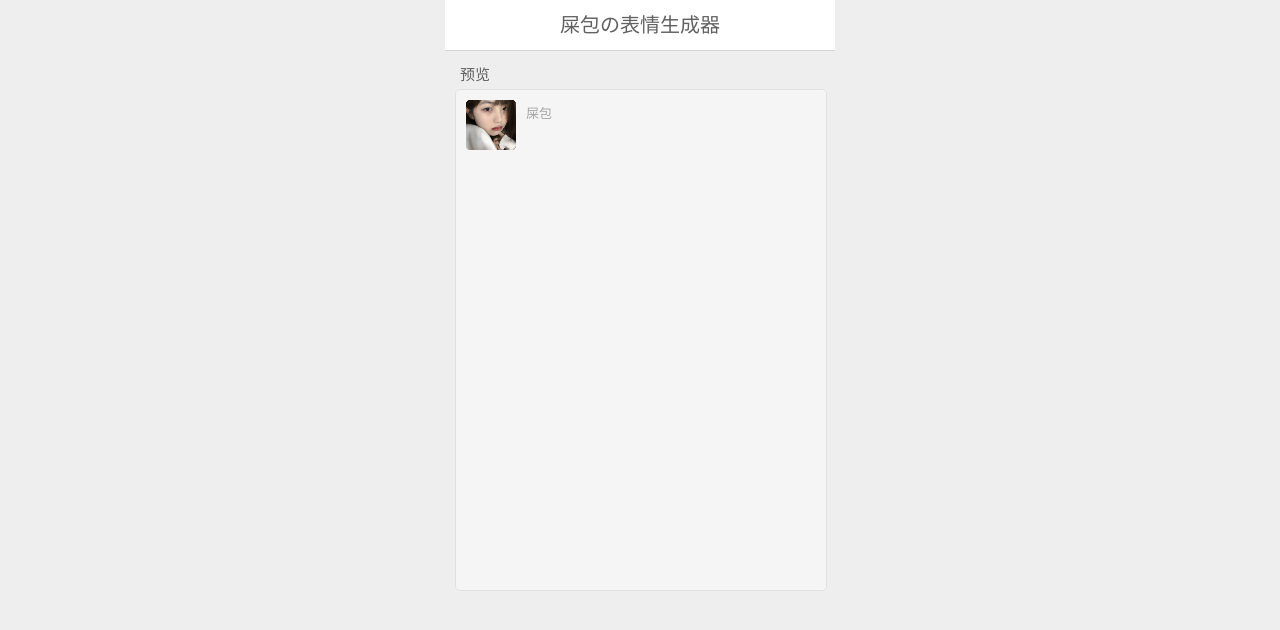
Repository: long-zuyang/shibao
Page: /
These files come from the project's save history. The page is drawn as it stood at one moment and after a run of saves; the edit follows.
The browser window is 1280 px wide. The pictures show the whole page.
The project was rebuilt for these pictures with package versions that can differ from the ones it lists, and the page was loaded fresh each time. Also part of the build but not shown: vite.config.ts.

Above is the page before, as saved 2023-06-30 04:50:48.

### src/main.tsx
import React from 'react';
import ReactDOM from 'react-dom/client';
import 'normalize.css';
import App from './App.tsx';

ReactDOM.createRoot(document.getElementById('root') as HTMLElement).render(
  <React.StrictMode>
    <App />
  </React.StrictMode>
);

### src/App.tsx
// import { useState } from 'react';
import { Flex, Image } from 'react-vant';
import React from 'react';
import './App.less';

import CanvasDrow from './components/CanvasDraw';

// function App() {
//   // const [count, setCount] = useState(0);
//   // console.log(document.getElementById('cvs'));

// }

class App extends React.Component {
  state = {};

  componentDidMount() {
    // console.log(document.getElementById('cvs'));
  }

  render() {
    console.log('渲染');

    return (
      <div className="main">
        <div className="top">
          <div className="name">屎包の表情生成器</div>
        </div>
        <div className="container">
          <span className="tips">预览</span>
          <CanvasDrow />
        </div>
      </div>
    );
  }
}

export default App;

### src/App.less
html,
body {
  background-color: #eee;
  .main {
    width: 390px;
    margin: 0 auto;
    .top {
      height: 50px;
      position: relative;
      border-bottom: 1px solid rgb(219, 214, 214);
      background-color: #fff;
      .name {
        color: #616161;
        font-size: 20px;
        text-align: center;
        position: absolute;
        top: calc(50% - 11px);

        width: 100%;
        font-family: 微软雅黑;
      }
    }
    .container {
      margin-top: 15px;
      padding: 0 10px;
      .tips {
        font-size: 15px;
        margin: 0px 5px;
        color: #616161;
        font-family: 微软雅黑;
      }
      canvas {
        margin-top: 5px;
        height: 500px;
        width: 370px;
        border: 1px solid rgba(223, 223, 223, 0.9);
        border-radius: 5px;
      }
    }
  }
}

### src/components/CanvasDraw.tsx
import { useRef, useEffect, useState, useCallback } from 'react';
import BaseImg from '../assets/base.jpg';
import JieGe from '../assets/jiege.png';

function CanvasDraw() {
  const canvasRef = useRef<HTMLCanvasElement>(null);
  const [nickNameWidth, setNickNameWidth] = useState(0);
  const [nickNameHeight, setNickNameHeight] = useState(0);

  /**
   * 初始化 Canvas
   * @param canvas Canvas DOM对象
   * @param context Canvas Context 上下文对象
   */
  function initCanvas(
    canvas: HTMLCanvasElement,
    context: CanvasRenderingContext2D | null
  ) {
    if (!context) {
      return;
    }

    // 获取Canvas的宽高
    const canvasWidth = canvas.clientWidth;
    const canvasHeight = canvas.clientHeight;

    // 缩放Canvas提升分辨率
    const dpr = window.devicePixelRatio || 1;
    canvas.width = canvasWidth * dpr;
    canvas.height = canvasHeight * dpr;
    context.scale(dpr, dpr);

    // 设置背景颜色为灰色
    context.fillStyle = '#f5f5f5';
    context.fillRect(0, 0, canvas.width, canvas.height);
    context.save();

    console.log('Cavas init.');
  }

  /**
   * 渲染圆角头像
   * @param context Canvas Context上下文
   * @param imgPath 头像地址
   */
  function drawRadiusProfilePicture(
    context: CanvasRenderingContext2D | null,
    imgPath: string
  ) {
    if (!context) {
      return;
    }
    // 创建头像图片
    const picture = new Image();
    picture.src = imgPath;

    // 图片加载完成后绘制圆角图片
    picture.onload = () => {
      const x = 10;
      const y = 10;
      const width = 50;
      const height = 50;
      const radius = 5;

      // 开始新的绘图路径
      context.beginPath();
      context.moveTo(x + radius, y);
      context.lineTo(x + width - radius, y);
      context.quadraticCurveTo(x + width, y, x + width, y + radius);
      context.lineTo(x + width, y + height - radius);
      context.quadraticCurveTo(
        x + width,
        y + height,
        x + width - radius,
        y + height
      );
      context.lineTo(x + radius, y + height);
      context.quadraticCurveTo(x, y + height, x, y + height - radius);
      context.lineTo(x, y + radius);
      context.quadraticCurveTo(x, y, x + radius, y);

      // context.stroke(); // 显示线条

      context.closePath();
      context.clip();
      context.drawImage(
        picture,
        0,
        0,
        picture.width,
        picture.height,
        x,
        y,
        width,
        height
      );

      context.restore();

      console.log('Draw Radius Profile Picture.');
    };
  }

  /**
   * 渲染昵称
   * @param context Canvas Context上下文
   * @param nickName 昵称
   */
  function drawNickName(
    context: CanvasRenderingContext2D,
    nickName: string
  ): number {
    if (!context) {
      return 0;
    }
    context.font = '13px 微软雅黑';
    // 设置文本基线位置
    context.textBaseline = 'top';
    context.fillStyle = '#a6a5a5';

    // 绘制文本
    context.fillText(nickName, 70, 18);
    context.save();

    console.log('Draw NickName');

    const _textWidth = context.measureText(nickName).width;
    const _textHeight =
      context.measureText(nickName).actualBoundingBoxAscent +
      context.measureText(nickName).actualBoundingBoxDescent;

    setNickNameWidth(_textWidth);
    setNickNameHeight(_textHeight);
    // 返回渲染文本的宽度
    return _textWidth;
  }

  /**
   * 渲染表情包
   * @param context Canvas Context上下文
   * @param imgPath 头像地址
   */
  useCallback((ontext: CanvasRenderingContext2D, imgPath: string) => {
    if (!context) {
      return;
    }
    imgPath;

    // 计算起始位置
    const _imgStartX = 10 + 50 + 10;
    const _imgStartY = 18 + nickNameHeight + 8;

    // 计算剩下最大的渲染距离

    // 渲染
    context.textBaseline = 'top';

    context.fillText('你撒地方爱上对方身份阿斯蒂芬', _imgStartX, _imgStartY);

    console.log(_imgStartX, _imgStartY);
  });
  function drawMeme(context: CanvasRenderingContext2D, imgPath: string) {}

  useEffect(() => {
    const canvas = canvasRef.current;
    if (!canvas) {
      return;
    }
    const ctx = canvas.getContext('2d');
    if (!ctx) {
      return;
    }

    // 初始化 Canvas
    initCanvas(canvas, ctx);

    // 渲染圆角头像
    drawRadiusProfilePicture(ctx, BaseImg);

    // 渲染昵称
    drawNickName(ctx, '屎包');
    // console.log(nickNameWidth, nickNameHeight);

    // 渲染表情图
    drawMeme(ctx, JieGe);
  }, [nickNameWidth, nickNameHeight, drawMeme]);

  return <canvas ref={canvasRef} />;
}

export default CanvasDraw;

Loaded but not shown: index.html (common file)

After the next 2 saves:
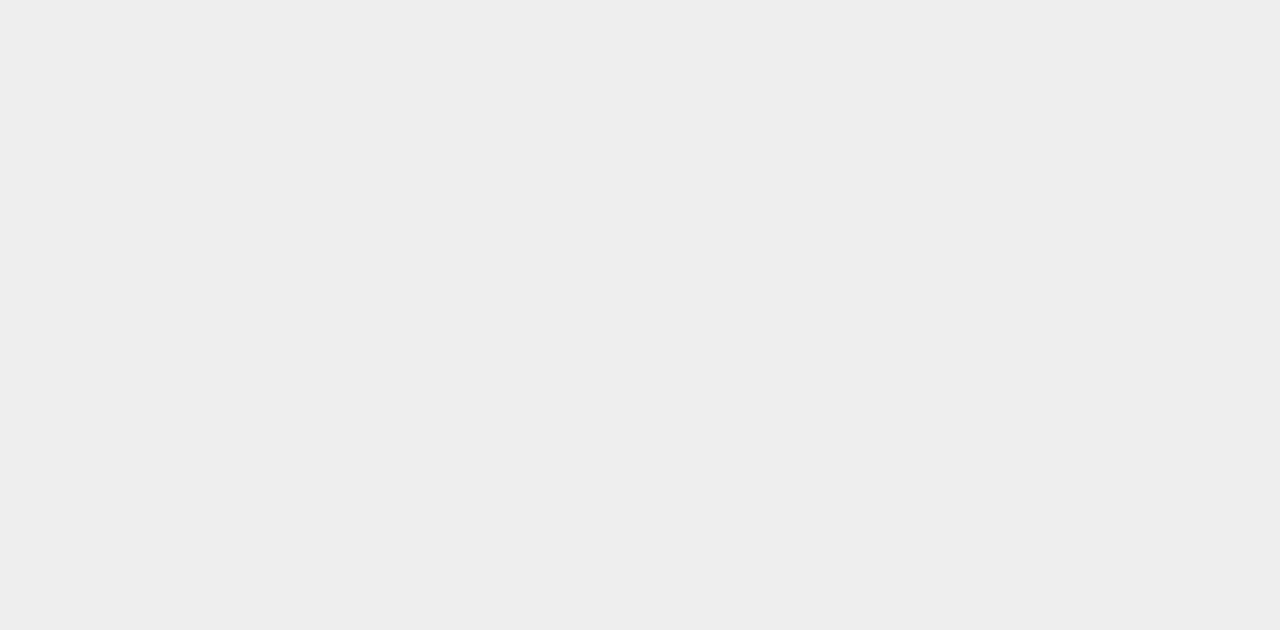
Console error: ReferenceError: drawMeme is not defined
The 2 saves are shown as one change because they came seconds apart.
The last was saved 10 s later.
--- a/src/components/CanvasDraw.tsx
+++ b/src/components/CanvasDraw.tsx
@@ -159,7 +159,6 @@
 
     console.log(_imgStartX, _imgStartY);
   });
-  function drawMeme(context: CanvasRenderingContext2D, imgPath: string) {}
 
   useEffect(() => {
     const canvas = canvasRef.current;

After the 6 saves that followed:
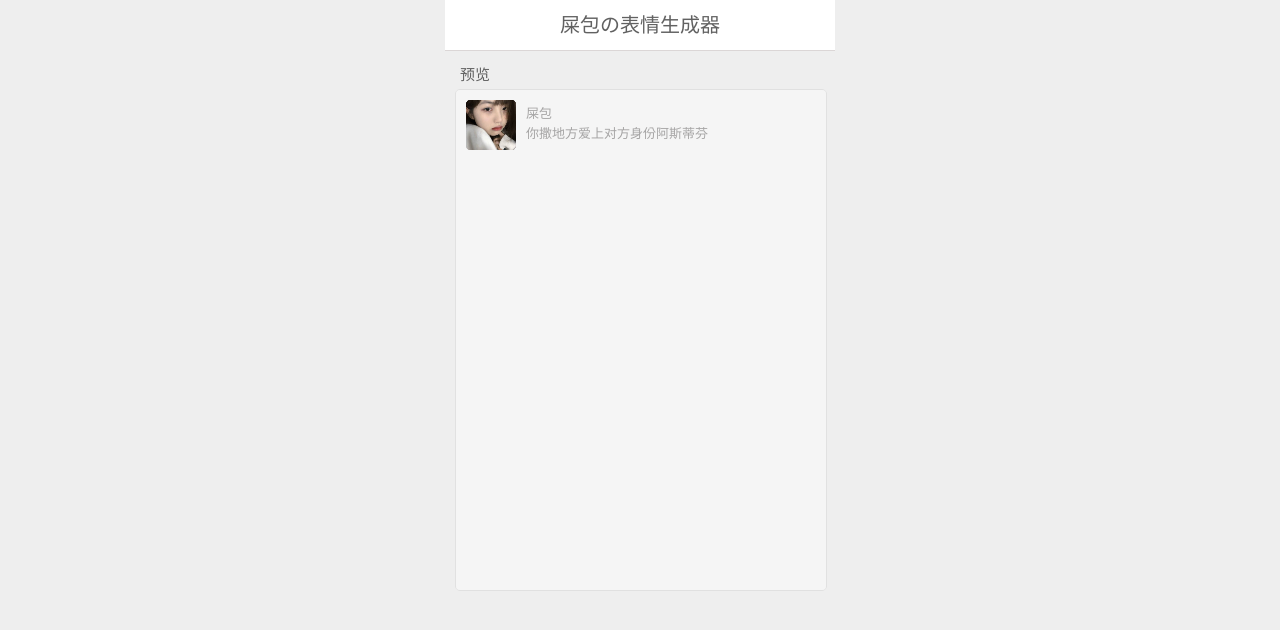
The error is gone.
The 6 saves are shown as one change because 3 left the picture as it was and some came seconds apart.
The last was saved 82 s later.
--- a/src/components/CanvasDraw.tsx
+++ b/src/components/CanvasDraw.tsx
@@ -140,25 +140,28 @@
    * @param context Canvas Context上下文
    * @param imgPath 头像地址
    */
-  useCallback((ontext: CanvasRenderingContext2D, imgPath: string) => {
-    if (!context) {
-      return;
-    }
-    imgPath;
+  const drawMeme = useCallback(
+    (context: CanvasRenderingContext2D, imgPath: string) => {
+      if (!context) {
+        return;
+      }
+      imgPath;
 
-    // 计算起始位置
-    const _imgStartX = 10 + 50 + 10;
-    const _imgStartY = 18 + nickNameHeight + 8;
+      // 计算起始位置
+      const _imgStartX = 10 + 50 + 10;
+      const _imgStartY = 18 + nickNameHeight + 8;
 
-    // 计算剩下最大的渲染距离
+      // 计算剩下最大的渲染距离
 
-    // 渲染
-    context.textBaseline = 'top';
+      // 渲染
+      context.textBaseline = 'top';
 
-    context.fillText('你撒地方爱上对方身份阿斯蒂芬', _imgStartX, _imgStartY);
+      context.fillText('你撒地方爱上对方身份阿斯蒂芬', _imgStartX, _imgStartY);
 
-    console.log(_imgStartX, _imgStartY);
-  });
+      console.log(_imgStartX, _imgStartY);
+    },
+    [nickNameHeight]
+  );
 
   useEffect(() => {
     const canvas = canvasRef.current;
